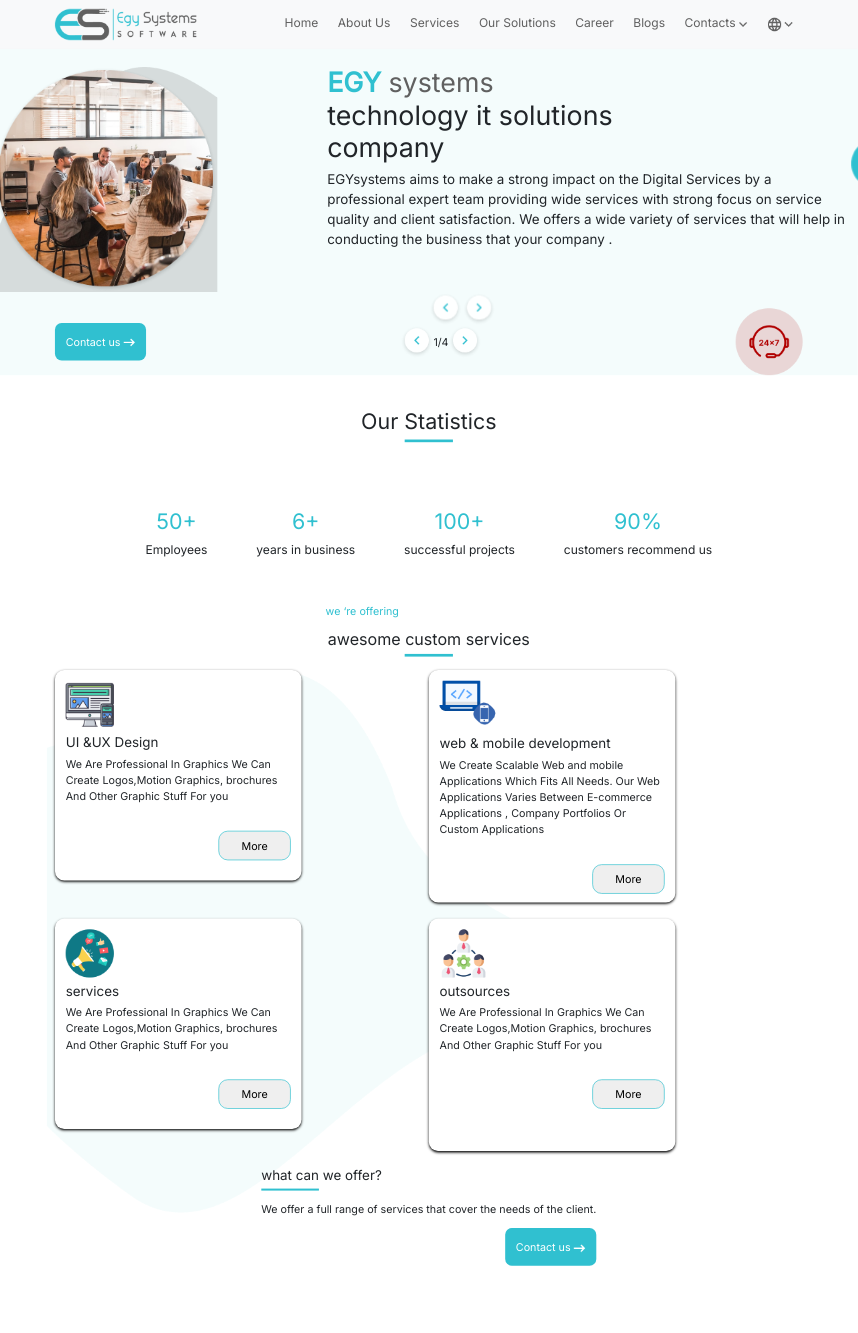
Repository: hamdyAbdelazeim/Egysystem-Home
Page: index.html
An editor plug-in stored every save of this project. The page is shown before and after the next save, followed by the edit.
The browser window is 1280 px wide. The pictures show the whole page, at 67% of full size.

Above is the page before, as saved 2023-07-13 18:20:37.

After the next save:
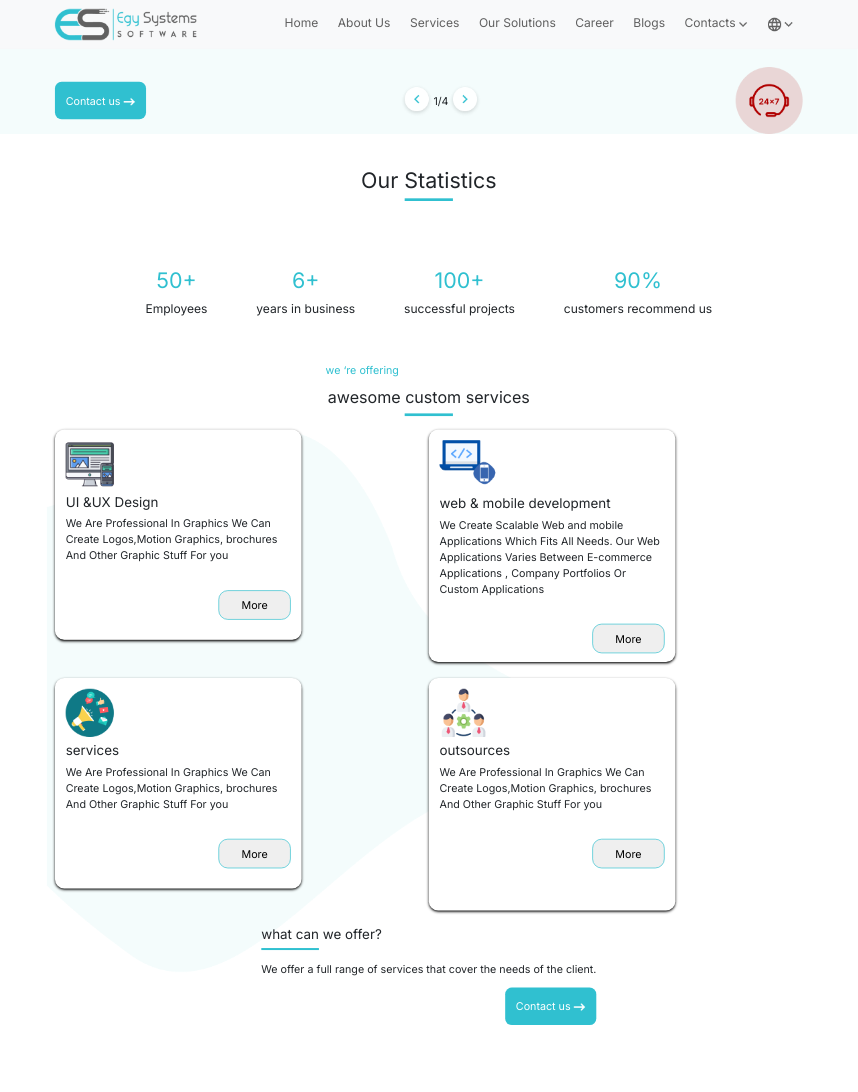
Console error: SyntaxError: Unexpected string
Saved 8 s later.
--- a/js/project.js
+++ b/js/project.js
@@ -7,7 +7,7 @@
     // animateIn: 'flipInX',
     navText: [
       "<div class='nav-button owl-prev'><img src='/assets/slider-left.png'></div>",
-
+      "span"
       "<div class='nav-button owl-next'><img src='/assets/slider-right.png'></div>",
     ],
     responsive: {

After the 3 saves that followed:
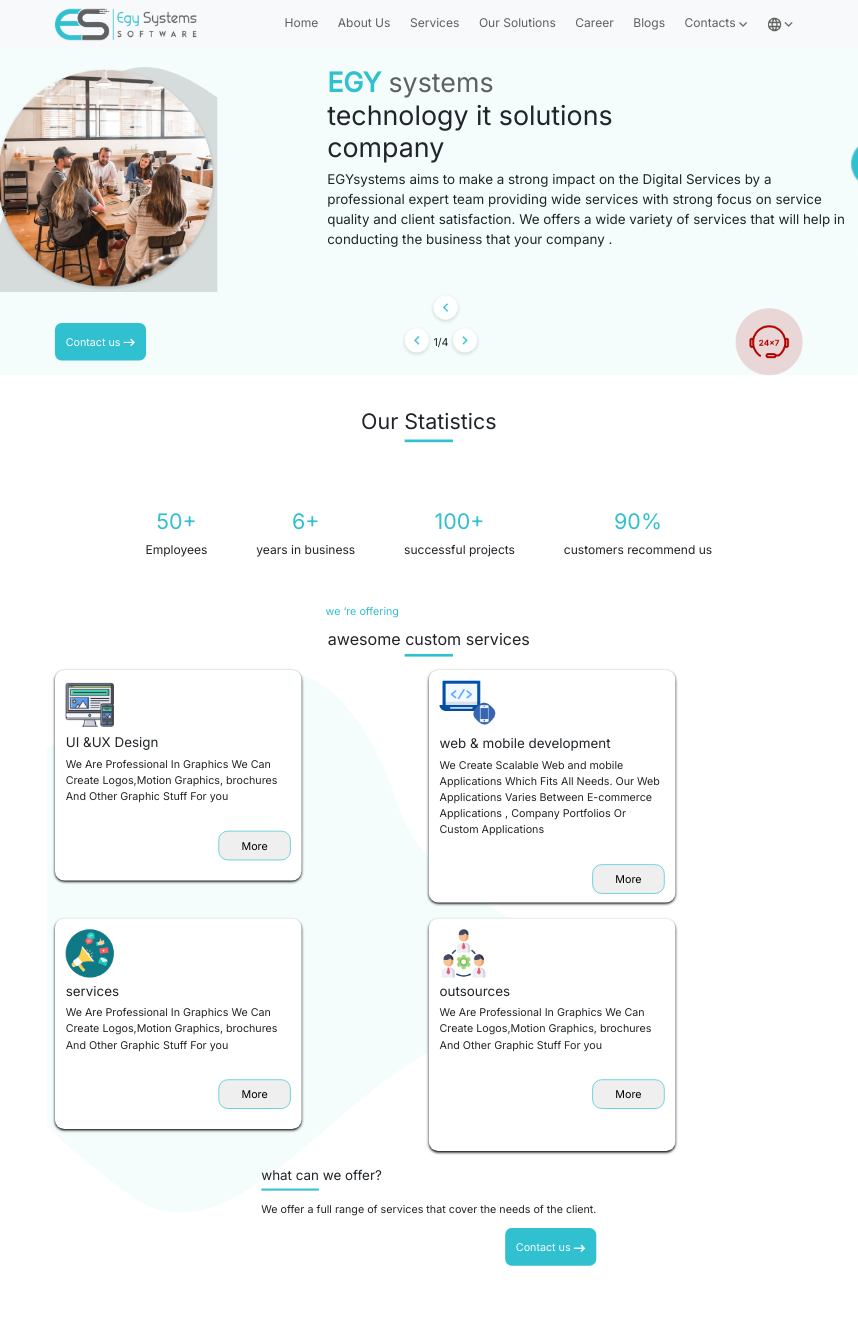
The error is gone.
The 3 saves are shown as one change because they came seconds apart.
The last was saved 8 s later.
--- a/js/project.js
+++ b/js/project.js
@@ -7,7 +7,7 @@
     // animateIn: 'flipInX',
     navText: [
       "<div class='nav-button owl-prev'><img src='/assets/slider-left.png'></div>",
-      "span"
+      "<span></span>",
       "<div class='nav-button owl-next'><img src='/assets/slider-right.png'></div>",
     ],
     responsive: {
